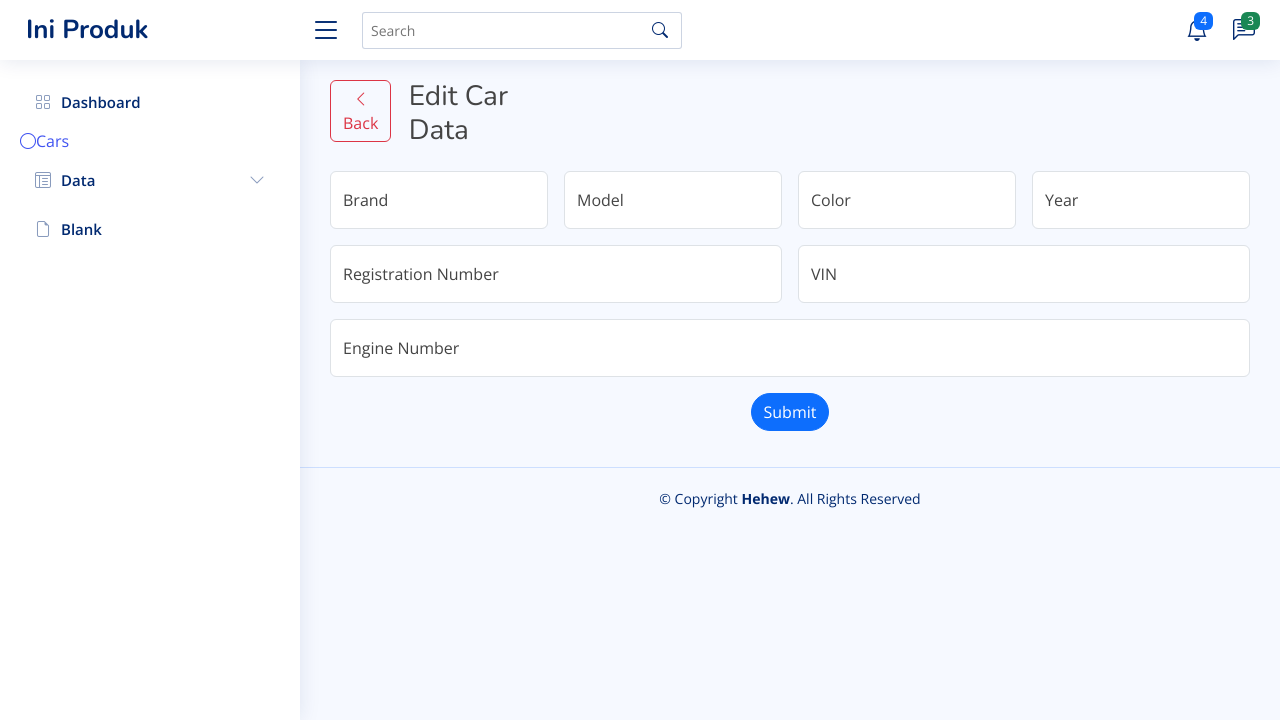
Repository: Jistoper/car_rental
Page: http://localhost/edit
An editor plug-in stored every save of this project. The page is shown before and after the next save, followed by the edit.
The browser window is 1280 px wide. The pictures show the whole page.
The page is served by the project's Laravel application, run on PHP 8.4 with Laravel 9.

Above is the page before, as saved 2023-06-25 16:13:00.

After the next save:
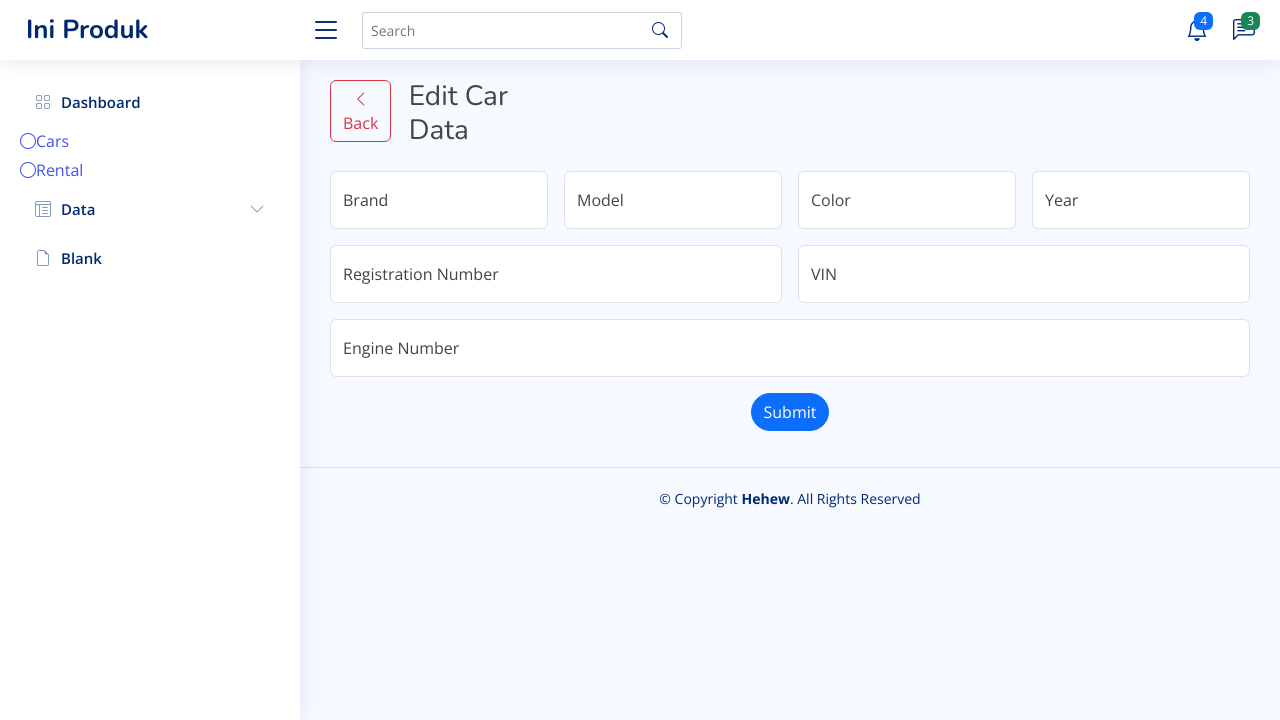
Saved 25 s later.
--- a/resources/views/backsite/partials/sidebar.blade.php
+++ b/resources/views/backsite/partials/sidebar.blade.php
@@ -14,17 +14,19 @@
           <i class="bi bi-circle"></i><span>Cars</span>
         </a>
       </li>
+
+      <li class="nav-item">
+        <a href="{{ route('car.getList') }}">
+          <i class="bi bi-circle"></i><span>Rental</span>
+        </a>
+      </li>
+
       <li class="nav-item">
 
         <a class="nav-link collapsed" data-bs-target="#tables-nav" data-bs-toggle="collapse" href="#">
           <i class="bi bi-layout-text-window-reverse"></i><span>Data</span><i class="bi bi-chevron-down ms-auto"></i>
         </a>
         <ul id="tables-nav" class="nav-content collapse " data-bs-parent="#sidebar-nav">
-          <li>
-            <a href="{{ route('car.getList') }}">
-              <i class="bi bi-circle"></i><span>Rental</span>
-            </a>
-          </li>
         </ul>
       </li><!-- End Tables Nav -->
 
